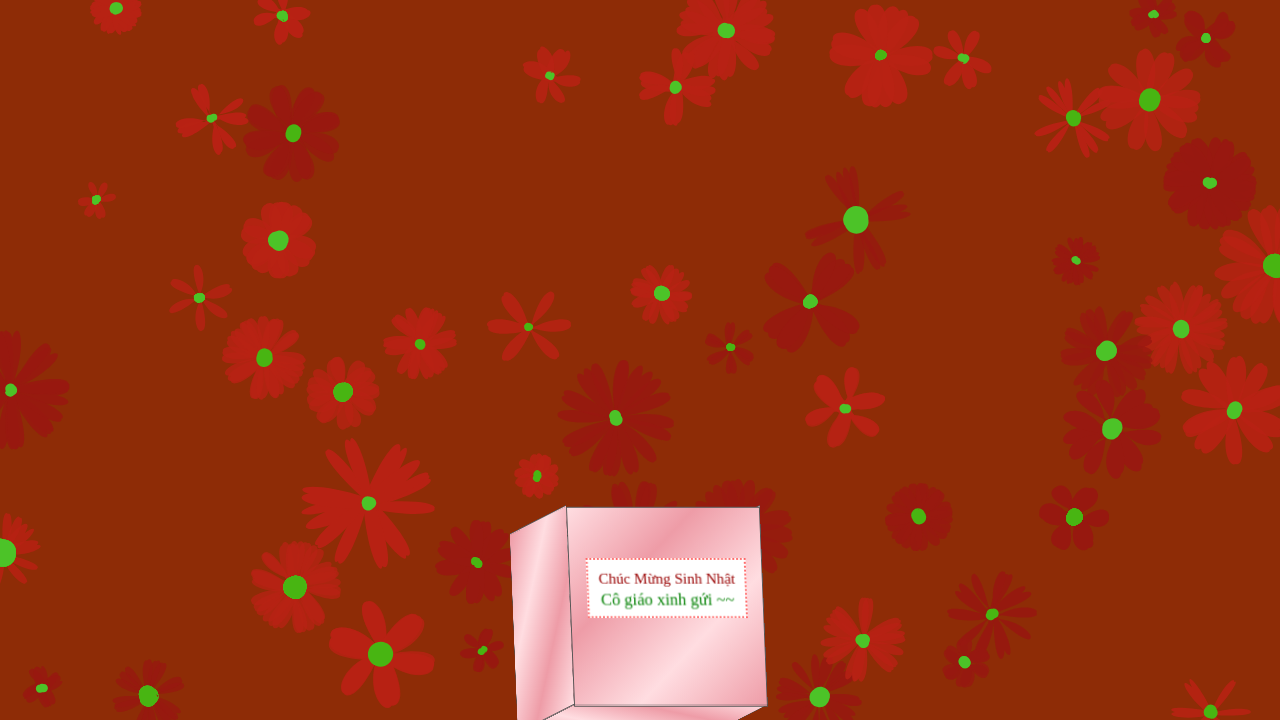
Repository: longhuu2204/click-me
Page: index.html
An editor plug-in stored every save of this project. The page is shown before and after the next save, followed by the edit.
The browser window is 1280 px wide. The pictures show the whole page.

Above is the page before, as saved 2023-03-10 23:41:23.

After the next save:
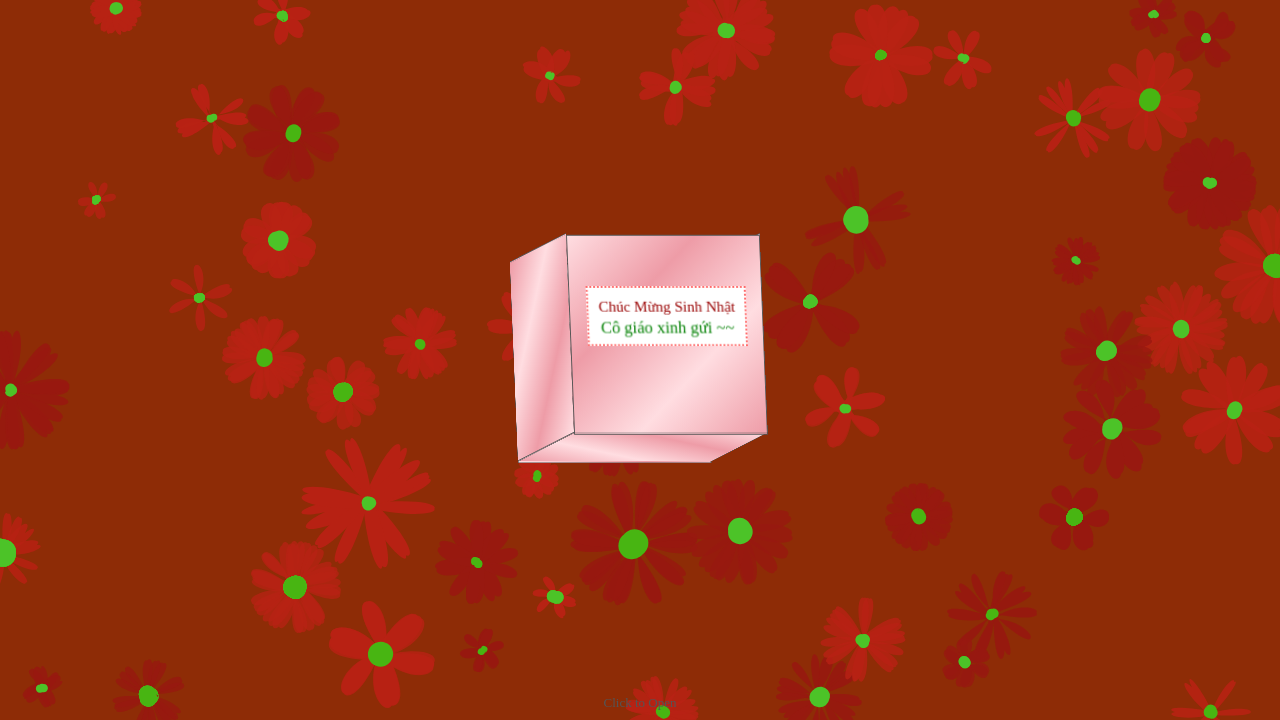
Saved 15 s later.
--- a/present.css
+++ b/present.css
@@ -32,7 +32,7 @@
   width: 100%;
   display: flex;
   align-self: flex-end;
-  position: absolute;
+  /* position: absolute; */
   /* transform: translate(0, 10px); */
 }
 

After the save that followed:
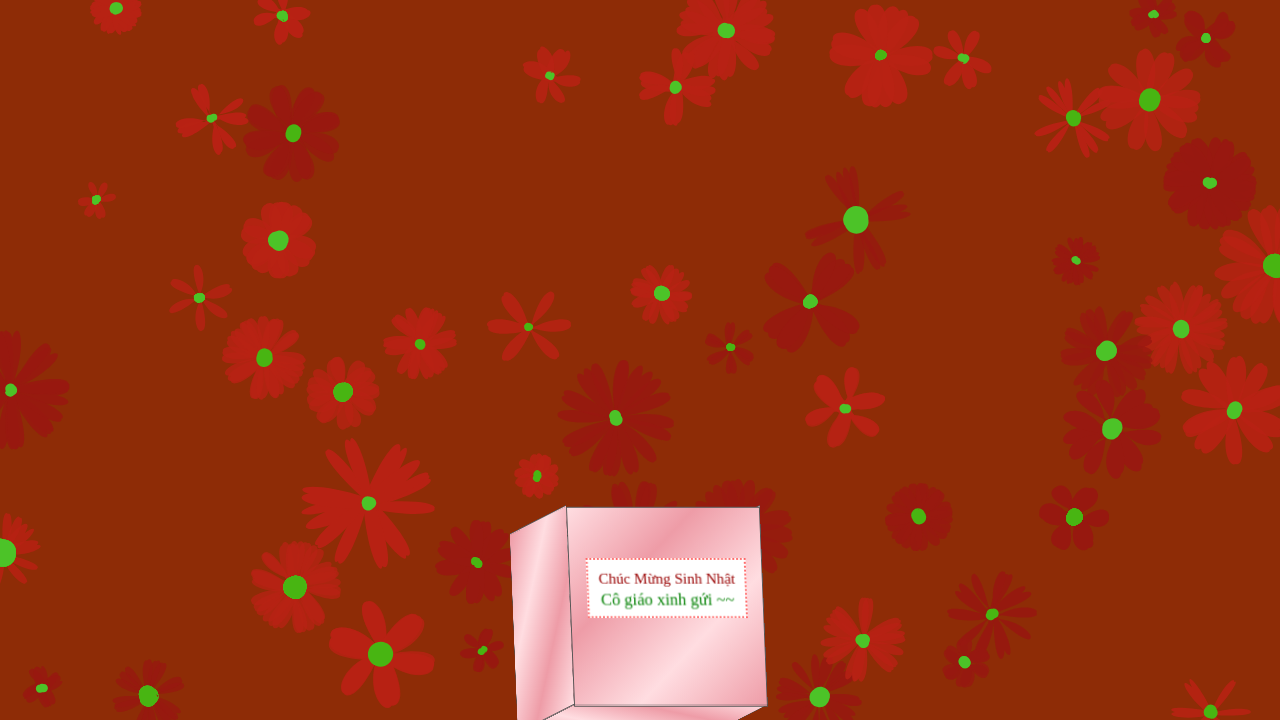
Saved 7 s later.
--- a/present.css
+++ b/present.css
@@ -32,7 +32,7 @@
   width: 100%;
   display: flex;
   align-self: flex-end;
-  /* position: absolute; */
+  position: absolute;
   /* transform: translate(0, 10px); */
 }
 
